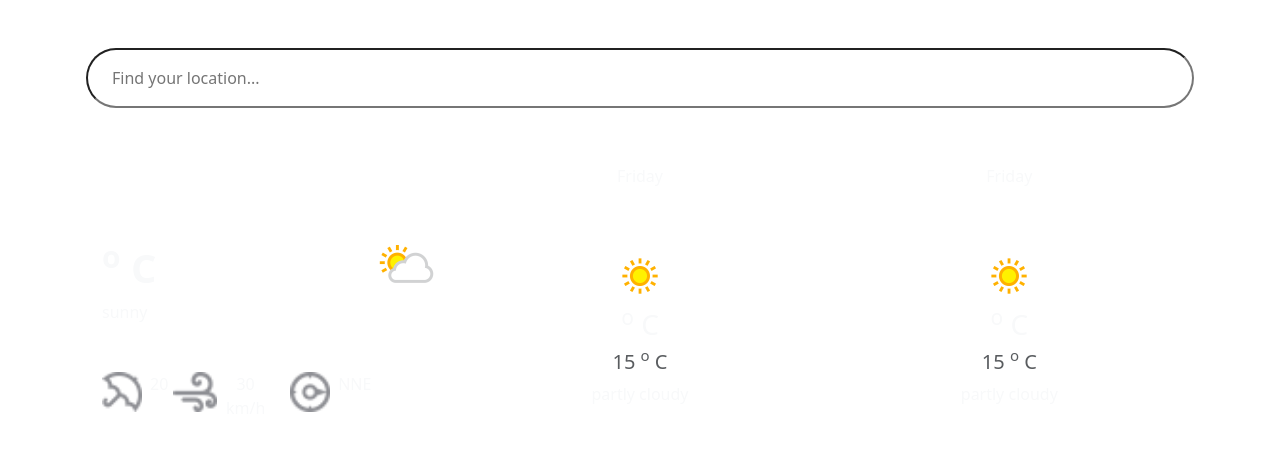
Repository: AmiraNabil97/WeatherApp
Page: index.html
The author's editor kept a copy of each file at every save. The page is drawn from the files as they stood at one save, then again after the next save.
The browser window is 1280 px wide. The pictures show the whole page.

Above is the page before, as saved 2023-08-28 21:53:47.

### index.html
<!DOCTYPE html>
<html lang="en">
<head>
    <meta charset="UTF-8">
    <meta name="viewport" content="width=device-width, initial-scale=1.0">
    <title>Document</title>
    <link rel="stylesheet" href="css/bootstrap.min.css">
    <link rel="stylesheet" href="css/all.min.css">
    <link rel="stylesheet" href="css/style.css">
</head>
<body>

        <div class="app-container">
            <div class="container px-3 py-5 text-center">

                <input type="text" class="w-100 mx-auto rounded-5 py-3 px-4 bg-main-color mb-5 text-white"
                    placeholder="Find your location..." id="search" />
                <div class="row g-0">

                    <div class="item col-md-4 bg-sec-color m-0 rounded-4">
                        <div class="d-flex justify-content-between py-2 px-3 bg-main-color text-light rounded-start"id="today-date">
                            <p id="today_date_day_name" class="my-auto"></p>
                            <span>
                                <span id="today_date_day_number" class="my-auto"></span>
                                <span id="today_date_month" class="my-auto"></span>
                            </span>
                        </div>
                        <div class="item-content text-start px-3 py-3 pt-5 text-light" id="today">
                            <p id="today_location" class="fs-4"></p>
                            <div class="d-flex justify-content-between align-items-center">
                                <span class="fs-1 fw-bolder">
                                    <span id="today_temp"></span>
                                    <span><sup>o</sup> C</span>
                                </span>
                                <img id="today_condition_img" src="images/116.png" alt="" />
                            </div>
                            <p id="today_condition_text" class="fs-6 text-light-blue">sunny</p>
                        </div>
                        <div class="item-footer d-flex text-light p-3">
                            <div class="d-flex me-3">
                                <img src="images/icon-umberella.png" class="footer-icons me-2" alt="" />
                                <p id="humidity">20</p>
                            </div>
                            <div class="d-flex me-3">
                                <img src="images/icon-wind.png" class="footer-icons mx-2" alt="" />
                                <p id="wind">30 km/h</p>
                            </div>
                            <div class="d-flex">
                                <img src="images/icon-compass.png" class="footer-icons mx-2" alt="" />
                                <p id="wind_direction">NNE</p>
                            </div>
                        </div>
                    </div>

                    <!--Tomorrow Data Section-->
                    <div class="item col-md-4 m-0 bg-main-color">
                        <div class="py-2 text-center bg-sec-color text-light" >
                            <p class="next_day_name my-auto">Friday</p>
                        </div>
                        <div class="item-content text-start text-light p-3 text-center pt-5">
                            <img class="next_condition_img" src="images/113.png" alt="">
                            <h3>
                                <span class="next_max_temp"></span>
                                <span><sup>o</sup> C</span>
                            </h3>
                            <h5 class="text-muted">
                                <span class="next_min_temp">15</span>
                                <span><sup>o</sup> C</span>
                            </h5>
                            <p class="next_condition_text fs-6 text-light-blue">partly cloudy</p>
                        </div>
                    </div>

                    <!--After Tomorrow Data Section-->
                    <div class="item col-md-4 m-0 bg-sec-color rounded-4">
                        <div class="py-2 text-center px-3 bg-main-color text-light rounded-end">
                            <p class="next_day_name my-auto">Friday</p>
                        </div>
                        <div class="item-content text-start text-light p-3 text-center pt-5">
                            <img class="next_condition_img" src="images/113.png" alt="">
                            <h3>
                                <span class="next_max_temp"></span>
                                <span><sup>o</sup> C</span>
                            </h3>
                            <h5 class="text-muted">
                                <span class="next_min_temp">15</span>
                                <span><sup>o</sup> C</span>
                            </h5>
                            <p class="next_condition_text fs-6 text-light-blue">partly cloudy</p>
                        </div>
                    </div>
                </div>
            </div>
        </div>








    <script src="js/jquery-3.7.0.min.js"></script>
    <script src="js/bootstrap.bundle.js"></script>
    <script src="js/main.js"></script>
</body>
</html>

Loaded but not shown: css/bootstrap.min.css (library); css/all.min.css (library); js/jquery-3.7.0.min.js (library); js/bootstrap.bundle.js (library); css/style.css (no stored copy; drawn as an empty file); js/main.js (no stored copy; drawn as an empty file)

After the next save:
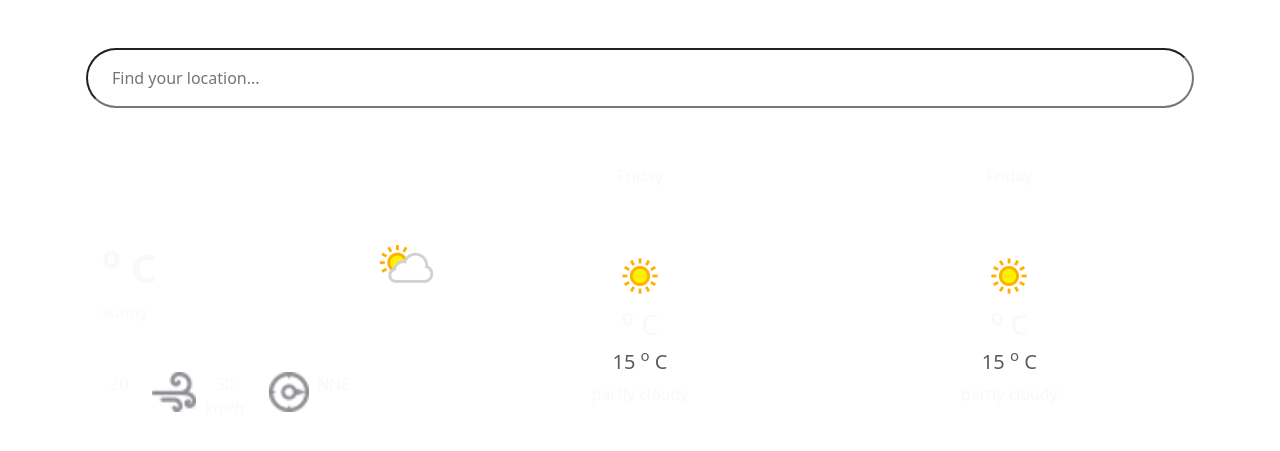
Saved 77 s later.
--- a/index.html
+++ b/index.html
@@ -38,7 +38,7 @@
                         </div>
                         <div class="item-footer d-flex text-light p-3">
                             <div class="d-flex me-3">
-                                <img src="images/icon-umberella.png" class="footer-icons me-2" alt="" />
+                                <img src="" class="footer-icons me-2" alt="" />
                                 <p id="humidity">20</p>
                             </div>
                             <div class="d-flex me-3">

After the 2 saves that followed:
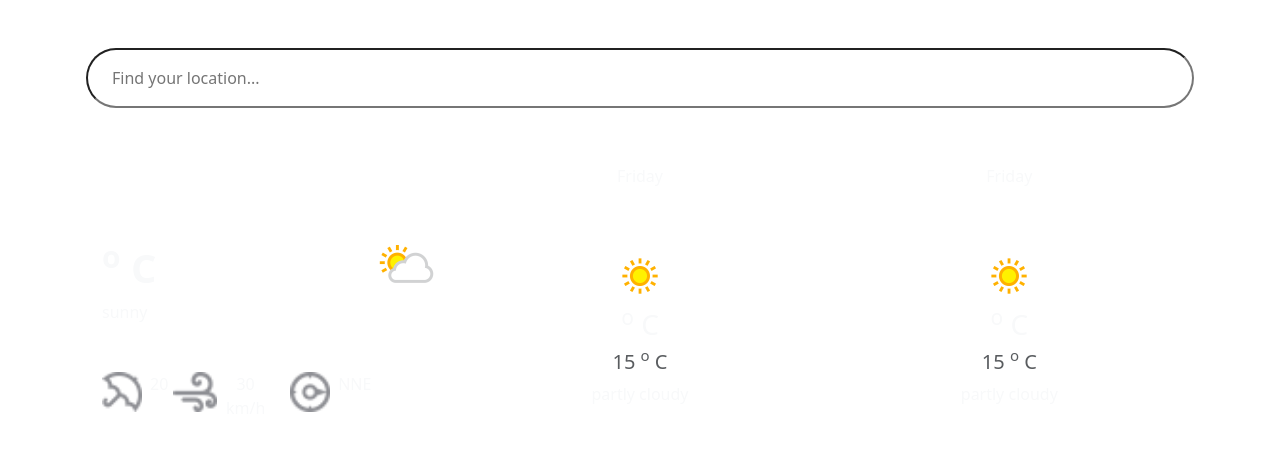
The 2 saves are shown as one change because they came seconds apart.
The last was saved 10 s later.
--- a/index.html
+++ b/index.html
@@ -38,7 +38,7 @@
                         </div>
                         <div class="item-footer d-flex text-light p-3">
                             <div class="d-flex me-3">
-                                <img src="" class="footer-icons me-2" alt="" />
+                                <img src="images/icon-umberella.png" class="footer-icons me-2" alt="" />
                                 <p id="humidity">20</p>
                             </div>
                             <div class="d-flex me-3">
